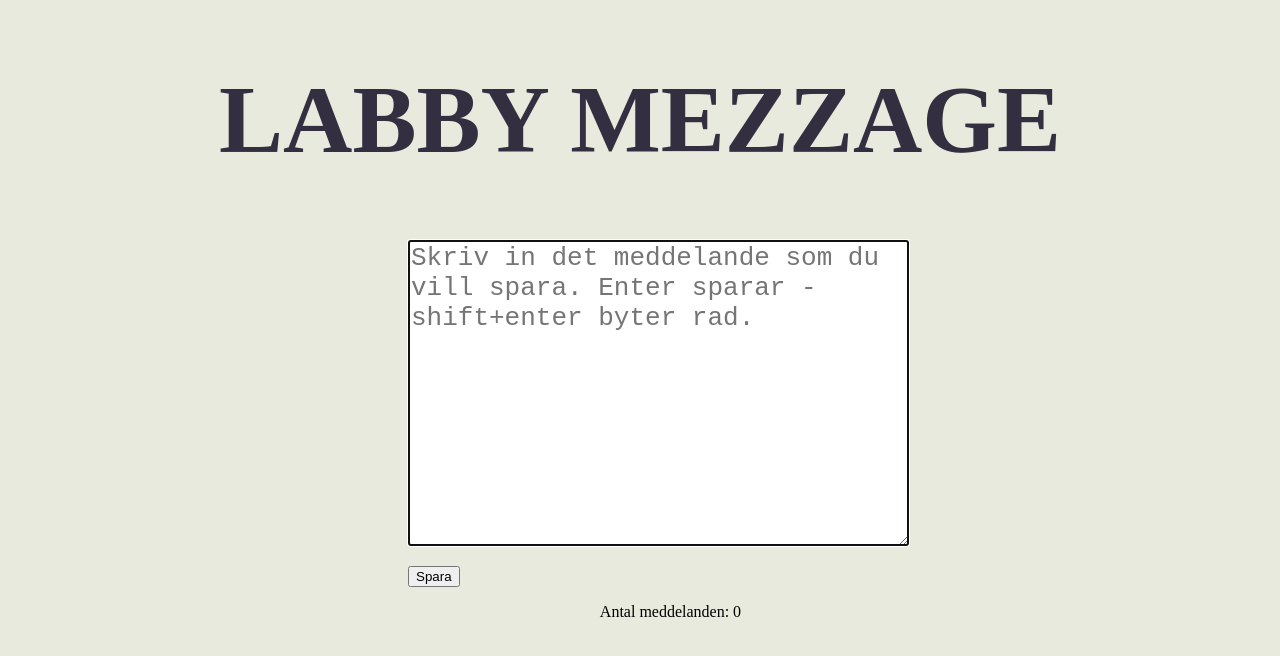
Repository: em222mt/1dv403-laborationer
Page: 2-labbymezzage/Index.html
The author's editor kept a record of every edit. The page is drawn from the files as they stood at one moment, then again after the next edit.
The browser window is 1280 px wide. The pictures show the whole page.

Above is the page before.

### 2-labbymezzage/Index.html
<!DOCTYPE html>
<html lang="sv">
<head>
	<meta charset="UTF-8" />
 	<title>Labby Mezzage</title>
    <link rel="stylesheet" href="css/style.css">
</head>
    <body>
        <header>
            <h1>LABBY MEZZAGE</h1>
        </header>

        <main>
            <div id="container">
                <section id="mainsection">
            		<form action="post" name="form">
                        <textarea id="formtext" cols="30" rows="10"></textarea>
                        <p id="value"></p>
                        <input id="send" type="button" value="Spara" />
                    </form>
                </section>
            </div>

            <div id="container2">
                <aside id="messagearea">

                </aside>
            </div>
            <div id="counterDiv">
                <p id="counter"></p>
            </div>
        </main>

    	<script src="js/Message.js"></script>
    	<script src="js/MessageBoard.js"></script>

    </body>
</html>

### 2-labbymezzage/css/style.css
/*Layout*/
 @import url(http://fonts.googleapis.com/css?family=Pacifico);

article, aside, details, figcaption, figure,
footer, header, hgroup, main, menu, nav{

    background-color: #E8EADD;
}

/*Container*/

h1 {
    font-weight: bold;

    text-align: center;
    color: #332F40;
    font-size: 6em;
    font-family: 'Concert One', cursive;
    /*font-family: 'Lobster', cursive;*/
    /*font-family: Comic Sans, Comic Sans MS, cursive;*/
}

body{
    background-color: #E8EADD;
}

#messagearea {
    float: left;
    background-color: white;
    width: 450px;
    min-height: 300px auto;

}

form{
    max-width: 50%;
}
#mainsection{
    max-width: 50%;
    margin: 0px 0px 0px 400px;
}
#container{
    float: left;
    width: 50%;
    height: 100%;
}
#container2{
    float: left;
    width: 50%;
}

#formtext{
    font-size: 2em;
}

.messageContainer{
    width: 98%;
    float: left;
    background-color: #A8C4B4;
    border: 1px solid black;
    margin: 3px 3px 3px 3px;
}

.textContainer{
    width: 85%;
    float: left;
    font-size: 1.2em;
}

.time{
    text-indent: 13px;
}

.detailsContainer{
    width: 15%;
    float: left;
    text-indent: 8px;
    font-size: 0.8em;
    margin-top: 10px;
}
.input{
    max-width: 85%;
    word-break: break-all;
    margin-left: 10px;
}

img{
    margin-right: 5px;
    width:24px;
    height:24px;
}

#counterDiv{
    float: right;
    margin-right: 42%;
}

### 2-labbymezzage/js/Message.js
'use strict';
// Konstruktorfunktion för att skapa ett meddelandeobjekt.
function Message(message, date){

    this.getText = function(){
        return message;
    };

    this.setText = function(_text){
        message = _text;
    };

    this.getDate = function(){
        return date;
    };

    this.setDate = function(_date){
        date = _date;
    };
}
// Hämtar texten och ersätter </br> med \n.
Message.prototype.getHTMLText = function(){
    return this.getText().replace(/[\n\r]/g, "</br>");
};
// Hämtar tiden då ett meddelande skrevs...
Message.prototype.getDateText = function(){
    var now = this.getDate();
    var seconds = now.getSeconds();
    var minutes = now.getMinutes();
    var hours = now.getHours();
    //...och returnerar en formaterad sträng då sekunder och minuter är mindre än 10.
    return hours + ":" + (minutes < 10 ? '0' : '') + minutes + ":" + (seconds < 10 ? '0' : '') + seconds;

};
// Hämtar en tidsstämpel med datum och tid.
Message.prototype.getTimeDetails = function(){
    var date = this.getDate();
    var day = date.getDate();
    var month = date.getMonth();
    var year = date.getFullYear();

    return "Postat den " + year + "/" + (month + 1) + "/" + day + " " + this.getDateText();
};

### 2-labbymezzage/js/MessageBoard.js
'use strict';

var MessageBoard = {
    // Variabel för meddelanden
    messages: [],

    init: function(){
        // Anropar count och sätter räknaren till 0.
        MessageBoard.countMessages();
        // Skapar ett meddelande då Spara-knappen klickas.
        var submit = document.getElementById("send");
        submit.onclick = MessageBoard.createMessage;
        // Förklarar sidan funktion för användaren.
        var textBox = document.getElementById("formtext");
        textBox.placeholder = "Skriv in det meddelande som du vill spara. Enter sparar - shift+enter byter rad.";
        // Sätter en blinkande markör i textarean.
        textBox.focus();
        // Skapar ett meddelande då entertangenten trycks.
        textBox.onkeypress = function(e){
		if(!e){ e=window.event; }
		    if(e.keyCode == 13 && !e.shiftKey){
		        e.preventDefault();
		        MessageBoard.createMessage();
		    }
        };
    },
    // Skapar ett meddelandeobjekt om inte rutan är tom.
    createMessage: function(){
        if (document.getElementById("formtext").value === "") {
            return false;
        }
        var input = document.getElementById("formtext");
        MessageBoard.messages.push( new Message(input.value, new Date()) );
        MessageBoard.renderMessages();
    },

    // Rendera alla meddelanden
    renderMessages: function(){
        //Tar bort alla meddelanden och skriver ut dom igen.
        document.getElementById("messagearea").innerHTML = "";
        for (var i = 0; i < MessageBoard.messages.length; ++i){
        MessageBoard.renderMessage(i);
        }
        //Tömmer meddelanderutan och sätter en blinkande markör.
        document.form.formtext.value = "";
        document.form.formtext.focus();
    },
    // Skriver ut ett meddelande och skapar en struktur för style.css.
    renderMessage: function(messageID){

        var input = document.createElement("p");
        input.className = "input";
        input.innerHTML = MessageBoard.messages[messageID].getHTMLText();

        var textContainer = document.createElement("div");
        textContainer.className = ("textContainer");
        textContainer.appendChild(input);

        var time = document.createElement("p");
        time.className = "time";
        time.innerHTML = MessageBoard.messages[messageID].getDateText();

		var imageClock = document.createElement("a");
		imageClock.setAttribute("href", "#");
		imageClock.innerHTML = '<img src="pics/clock.png" title="Se när meddelandet skapades." alt="Clock" />';

		var imageRemove = document.createElement("a");
		imageRemove.setAttribute("href", "#");
		imageRemove.innerHTML = '<img src="pics/delete.png" title="Ta bort det här meddelandet." alt="Delete" />';

        var detailsContainer = document.createElement("div");
        detailsContainer.className = "detailsContainer";
		detailsContainer.appendChild(imageClock);
		detailsContainer.appendChild(imageRemove);
		detailsContainer.appendChild(time);

        var messageContainer = document.createElement("div");
        messageContainer.className = "messageContainer";
        messageContainer.appendChild(textContainer);
        messageContainer.appendChild(detailsContainer);

		var container = document.getElementById("messagearea");
		container.appendChild(messageContainer);

		MessageBoard.countMessages();

		// Gör bilderna klickbara.
		imageRemove.onclick = function(){
		    if (window.confirm("Vill du ta bort detta meddelande?")){
		    MessageBoard.removeMessage(messageID);
		    }
		};

		imageClock.onclick = function(){
		  MessageBoard.getTimestamp(messageID);
		};
    },
    // Raderar ett meddelande och sätter räknaren rätt.
    removeMessage: function(messageID){
        MessageBoard.messages.splice(messageID, 1);

        MessageBoard.countMessages();

        MessageBoard.renderMessages();
    },
    // Hämtar den exakt tiden då meddelandet skapades och visar det för användaren i en alertruta.
    getTimestamp: function(messageID){
        alert(MessageBoard.messages[messageID].getTimeDetails());
    },

    // Sätter räknare för antalet meddelanden.
    countMessages: function(){
        var counter = document.getElementById("counter");
        counter.innerHTML = "Antal meddelanden: " + MessageBoard.messages.length;
    }

};
// Kör scripten då sidan är färdigladdad.
window.onload = MessageBoard.init;

After the next edit:
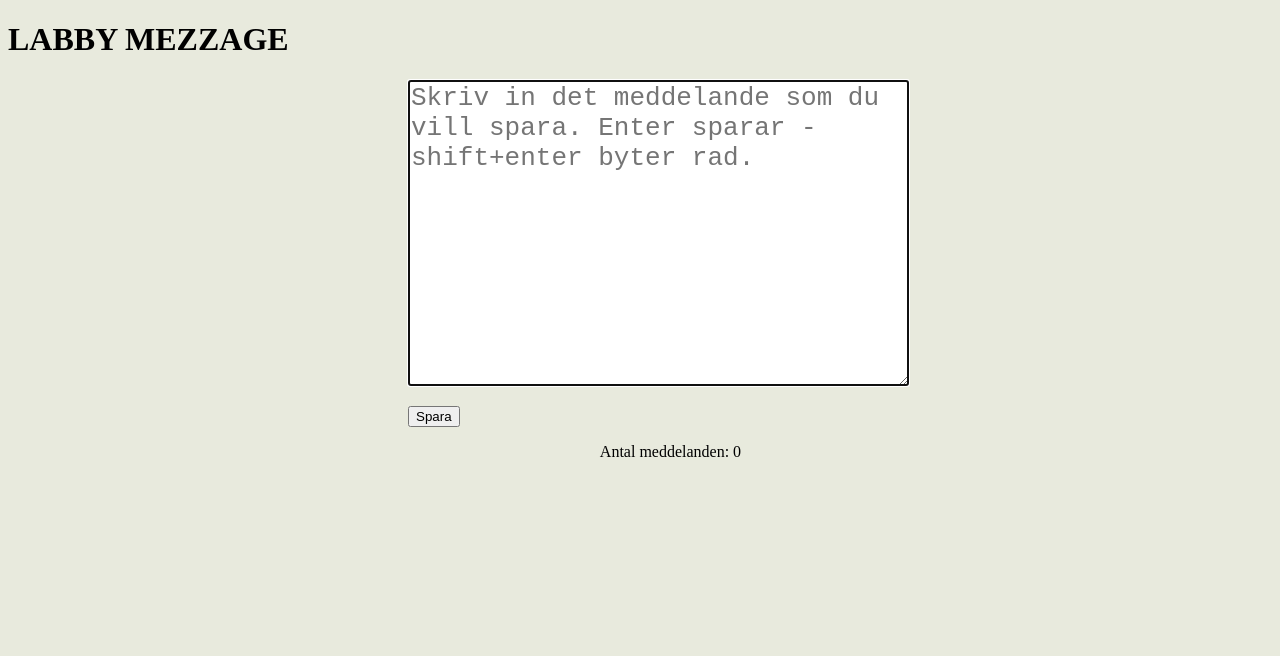
The edit:
--- a/2-labbymezzage/css/style.css
+++ b/2-labbymezzage/css/style.css
@@ -10,11 +10,11 @@
 /*Container*/
 
 h1 {
-    font-weight: bold;
+    /*font-weight: bold;*/
 
-    text-align: center;
-    color: #332F40;
-    font-size: 6em;
+    /*text-align: center;*/
+    /*color: #332F40; */
+    /*font-size: 6em;*/
     font-family: 'Concert One', cursive;
     /*font-family: 'Lobster', cursive;*/
     /*font-family: Comic Sans, Comic Sans MS, cursive;*/

After the edit that followed:
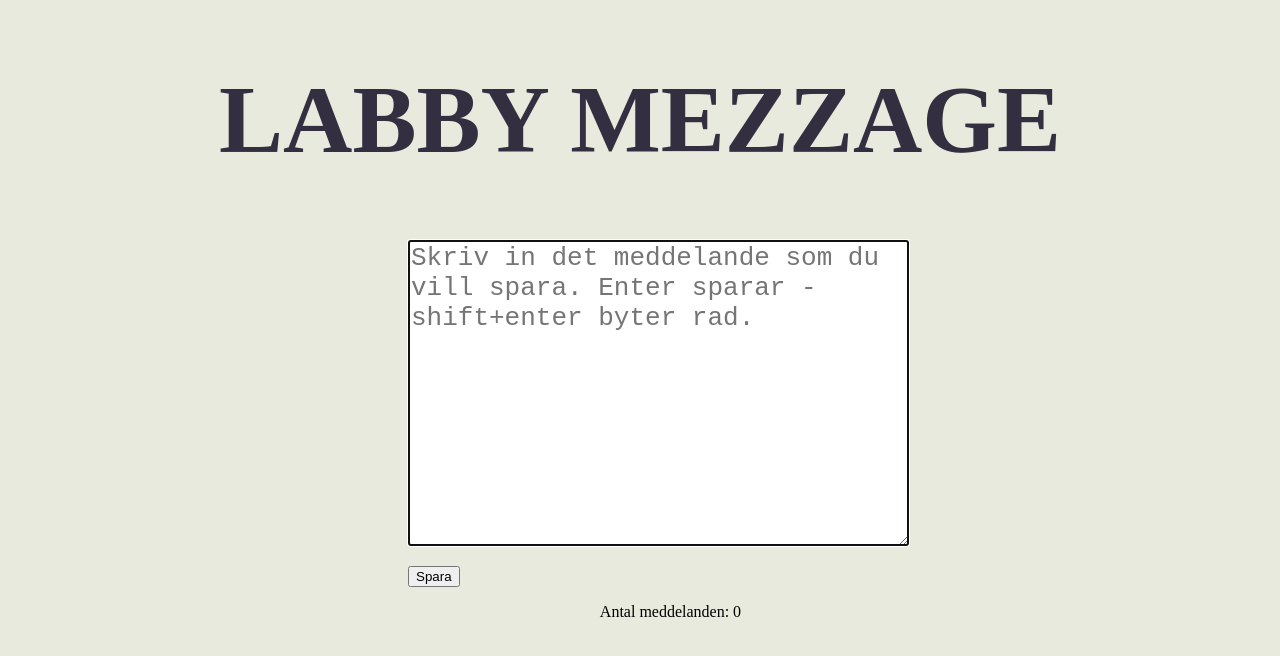
The edit:
--- a/2-labbymezzage/css/style.css
+++ b/2-labbymezzage/css/style.css
@@ -10,14 +10,12 @@
 /*Container*/
 
 h1 {
-    /*font-weight: bold;*/
+    font-weight: bold;
+    text-align: center;
+    color: #332F40;
+    font-size: 6em;
 
-    /*text-align: center;*/
-    /*color: #332F40; */
-    /*font-size: 6em;*/
-    font-family: 'Concert One', cursive;
-    /*font-family: 'Lobster', cursive;*/
-    /*font-family: Comic Sans, Comic Sans MS, cursive;*/
+    font-family: Comic Sans, Comic Sans MS, cursive;
 }
 
 body{
